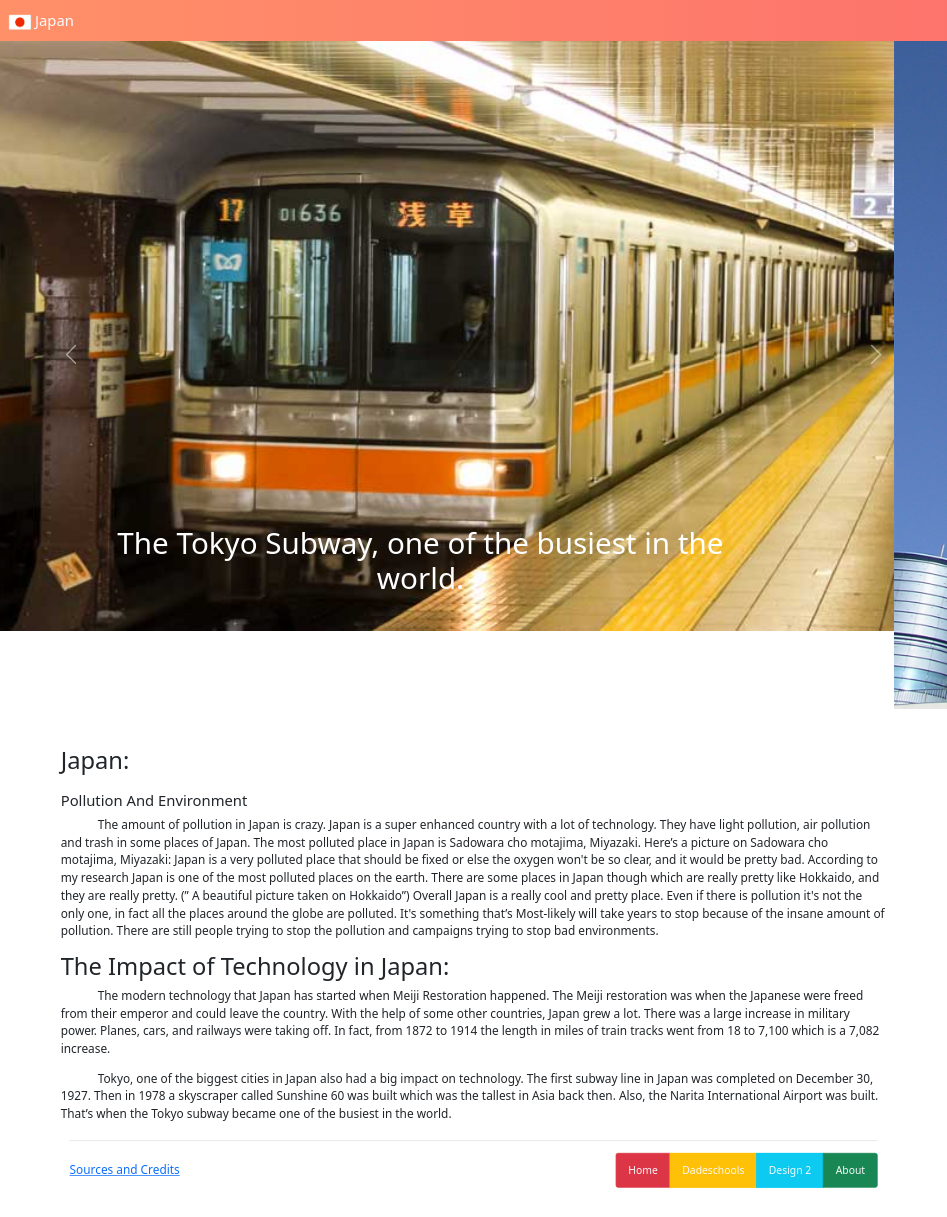
Repository: mrchilliballs/mrchilliballs.github.io
Page: index.html
The author's editor kept a copy of each file at every save. The page is drawn from the files as they stood at one save, then again after the next save.
The browser window is 1280 px wide. The pictures show the whole page, at 74% of full size.

Above is the page before, as saved 2021-09-03 16:03:08.

After the next save:
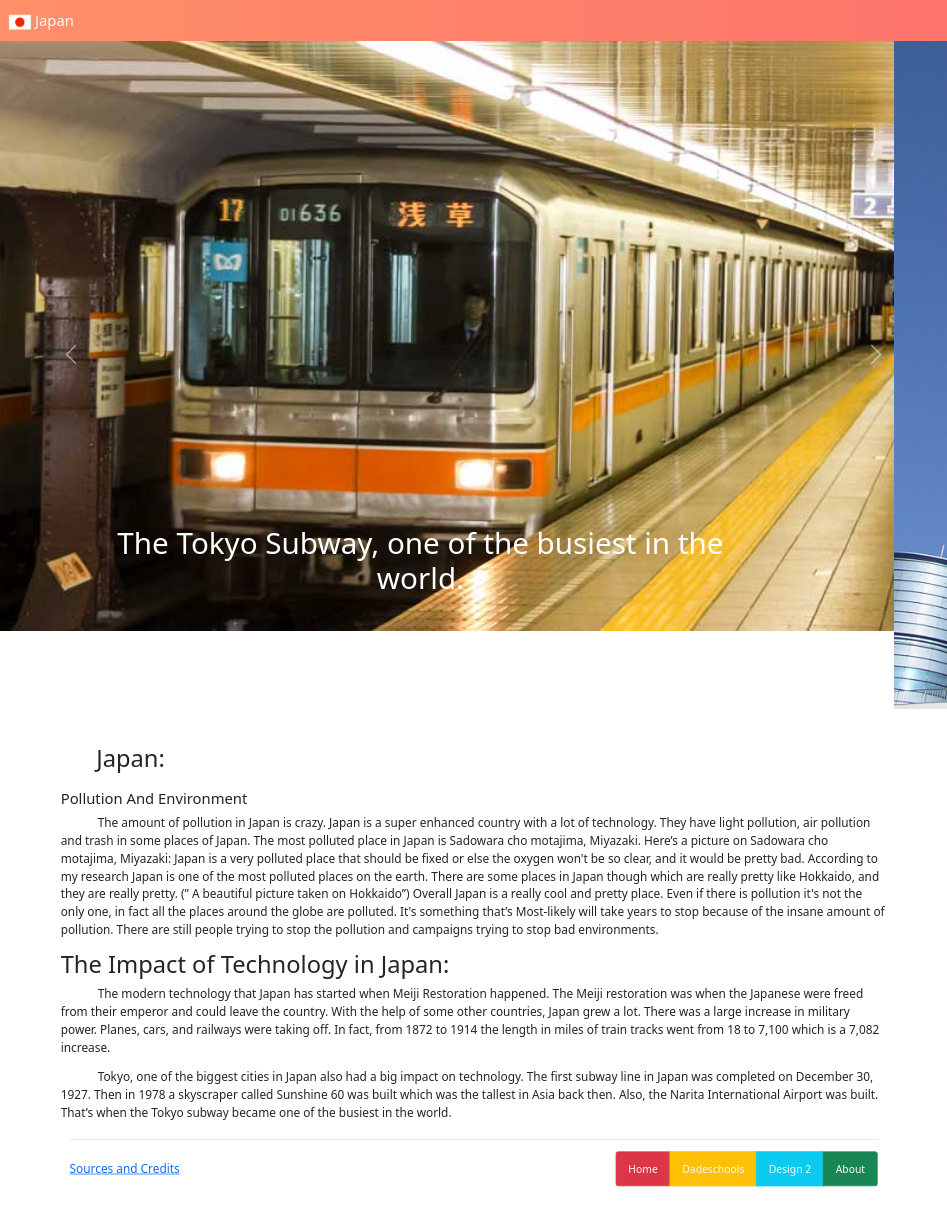
Saved 14 s later.
--- a/index.html
+++ b/index.html
@@ -100,7 +100,7 @@
         </button>
       </div>
     <main class="container">
-        <h2 style="margin-bottom: 0 !important;  margin-top: 50px;">Japan:</h2> <br><h5>Pollution And Environment</h5>
+        <h2 style="margin-bottom: 0 !important;" class="m-5">Japan:</h2> <br><h5>Pollution And Environment</h5>
 
 <p style="text-indent: 50px;">The amount of pollution in Japan is crazy. Japan is a super enhanced country with a lot of technology.
 They have light pollution, air pollution and trash in some places of Japan. The most polluted place in Japan is Sadowara cho motajima, Miyazaki. Here’s a picture on Sadowara cho motajima, Miyazaki:
